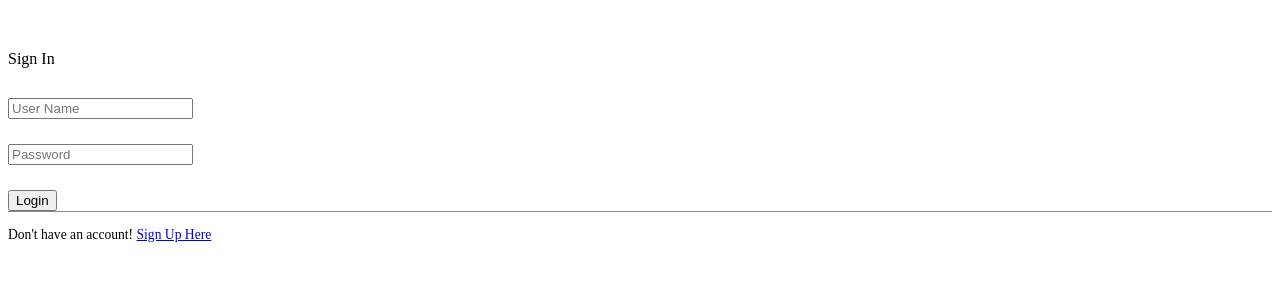
Repository: SmithaMendonca/Project-2
Page: EduCollaborationFrontend/WebContent/c_user/Login.html
The author's editor kept a copy of each file at every save. The page is drawn from the files as they stood at one save, then again after the next save.
The browser window is 1280 px wide. The pictures show the whole page.

Above is the page before, as saved 2019-07-12 06:10:05.

After the next save:
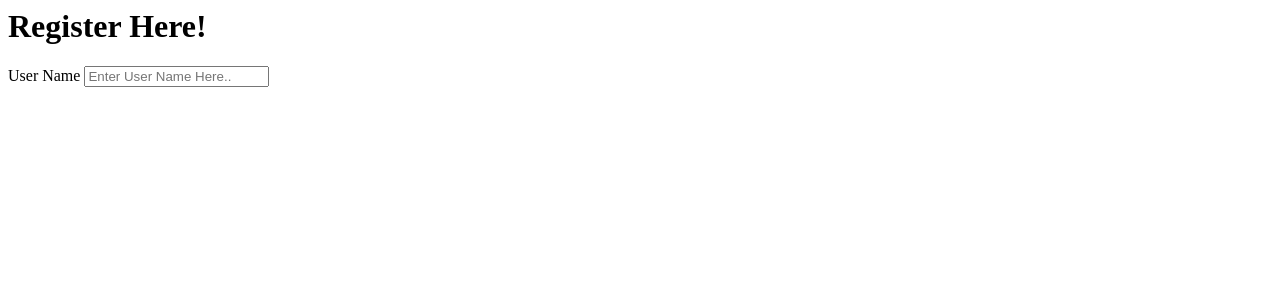
Saved 4 min 22 s later.
--- a/EduCollaborationFrontend/WebContent/c_user/Login.html
+++ b/EduCollaborationFrontend/WebContent/c_user/Login.html
@@ -1,46 +1,13 @@
 
 <div class="container">
-        <div id="loginbox" style="margin-top:50px;" class="mainbox col-md-6 col-md-offset-3 col-sm-8 col-sm-offset-2">
-            <div class="panel panel-info" >
-                    <div class="panel-heading">
-                        <div class="panel-title">Sign In</div>
-                    </div>
+    <h1 class="well">Register Here!</h1>
+	<div class="col-lg-12 well">
+	<div class="row">
 
-                    <div style="padding-top:30px" class="panel-body" >
-
-                        <div style="display:none" id="login-alert" class="alert alert-danger col-sm-12"></div>
-
-                            <div style="margin-bottom: 25px" class="input-group">
-                                        <span class="input-group-addon"><i class="glyphicon glyphicon-user"></i></span>
-                                        <input id="login-username" type="text" class="form-control" name="username" ng-model="userDetail.username" placeholder="User Name">
-                                    </div>
-
-                            <div style="margin-bottom: 25px" class="input-group">
-                                        <span class="input-group-addon"><i class="glyphicon glyphicon-lock"></i></span>
-                                        <input id="login-password" type="password" class="form-control" name="password" ng-model="userDetail.password" placeholder="Password">
-                                    </div>
-
-
-                                <div style="margin-top:10px" class="form-group">
-                                    <!-- Button -->
-                                    <div class="col-sm-12 controls">
-                                        <button type="submit" class="btn btn-success" ng-click="checkUser()" value="Login">Login</button>
-                                    </div>
-                                </div>
-
-
-                                <div class="form-group">
-                                    <div class="col-md-12 control">
-                                        <div style="border-top: 1px solid#888; padding-top:15px; font-size:85%" >
-                                            Don't have an account!
-                                        <a href="#">Sign Up Here</a>
-                                        </div>
-                                    </div>
-                                </div>
-                         </div>
-                    </div>
-               </div>
-    </div>
-
-</body>
-</html>
+	  <div class="col-sm-12">
+	     <div class="row">
+	        <div class="col-sm-6 form-group">
+				<label>User Name</label>
+					<input type="text" name="userName" ng-model="userDetail.username" placeholder="Enter User Name Here.." class="form-control">
+				</div>
+			  </div>
